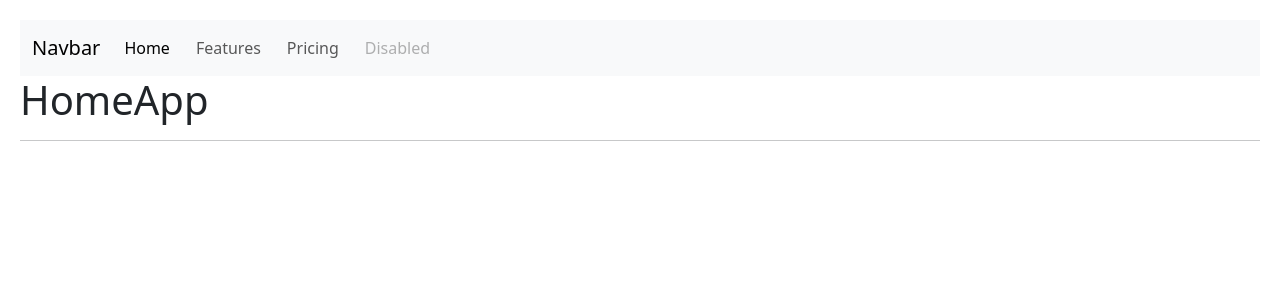
Repository: bryanesteban/hooks-App
Page: /
The author's editor kept a copy of each file at every save. The page is drawn from the files as they stood at one save, then again after the next save.
The browser window is 1280 px wide. The pictures show the whole page.
The project was rebuilt for these pictures with package versions that can differ from the ones it lists, and the page was loaded fresh each time. Also part of the build but not shown: vite.config.js, src/HooksApp.jsx, src/01-useState/CounterApp.jsx, src/hooks/useCounter.jsx, src/01-useState/CounterWithCustomHook.jsx, src/02-useEffect/Message.jsx, src/02-useEffect/SimpleForm.jsx, src/hooks/useForm.js and 20 more.

Above is the page before, as saved 2024-09-15 05:10:31.

### src/main.jsx
import React from 'react'
import ReactDOM from 'react-dom/client'
import { BrowserRouter } from 'react-router-dom'
import './index.css'
import { HooksApp } from './HooksApp'
import { CounterApp } from './01-useState/CounterApp'
import { CounterWithCustomHook } from './01-useState/CounterWithCustomHook'
import { SimpleForm } from './02-useEffect/SimpleForm'
import { FormWithCustomHook } from './02-useEffect/FormWithCustomHook'
import { MultipleCustomHook } from './03-examples/MultipleCustomHook'
import { FocusScreen } from './04-useRef/FocusScreen'
import { Layout } from './05-useLayoutEffect/Layout'
import { Memorize } from './06-memos/Memorize'
import { MemoHook } from './06-memos/MemoHook'
import { CallbackHook } from './06-memos/CallbackHook'
// import { Padre } from './07-tarea-memo/Padre'

// import './08-useReducer/intro-reducer';
import { TodoApp } from './08-useReducer/TodoApp'
import { MainApp } from './09-useConstext/MainApp'

ReactDOM.createRoot(document.getElementById('root')).render(
  // <React.StrictMode>
  //   <FormWithCustomHook />
  // <MultipleCustomHook />
  // <FocusScreen/>
  // <Layout/>
      // <Memorize/>
      // <MemoHook/>
      // <CallbackHook/>
      // <Padre/>
      // <TodoApp/>
      <BrowserRouter>

      <MainApp/>

      </BrowserRouter>

  // </React.StrictMode>
)

### src/index.css
body {
    padding: 20px;
}

button {
    margin-right: 10px;
}


a{
    margin-right: 10px;
}

### src/09-useConstext/MainApp.jsx
import { Link, Navigate, Route, Routes } from "react-router-dom"
import { HomePage } from "./HomePage"
import { AboutPage } from "./AboutPage"
import { LoginPage } from "./LoginPage"
import { Navbar } from "./Navbar"


export const MainApp = () => {
    return (
        <>

            <Navbar/>

            <Routes>
                <Route path="/" element={ <HomePage/> }/>
                <Route path="/login" element={ <LoginPage/> }/>
                <Route path="/about" element={ <AboutPage/> }/>

                {/* <Route path="/*" element={<LoginPage/> }/> */}
                <Route path="/*" element={ <Navigate to="/about"/>} />

            </Routes>
        </>
    )
}

### src/09-useConstext/HomePage.jsx
export const HomePage = () =>
    {
        return (
            <>
            <h1>HomeApp</h1>
            <hr/>
            </>
        )
    }

### src/09-useConstext/Navbar.jsx
import { Link } from "react-router-dom"

export const Navbar = () => {

    return (
        <nav className="navbar navbar-expand-lg bg-body-tertiary">
        <div className="container-fluid">
          <a className="navbar-brand" href="#">Navbar</a>
          <button className="navbar-toggler" type="button" data-bs-toggle="collapse" data-bs-target="#navbarNav" aria-controls="navbarNav" aria-expanded="false" aria-label="Toggle navigation">
            <span className="navbar-toggler-icon"></span>
          </button>
          <div className="collapse navbar-collapse" id="navbarNav">
            <ul className="navbar-nav">
              <li className="nav-item">
                <a className="nav-link active" aria-current="page" href="#">Home</a>
              </li>
              <li className="nav-item">
                <a className="nav-link" href="#">Features</a>
              </li>
              <li className="nav-item">
                <a className="nav-link" href="#">Pricing</a>
              </li>
              <li className="nav-item">
                <a className="nav-link disabled" aria-disabled="true">Disabled</a>
              </li>
            </ul>
          </div>
        </div>
      </nav>
    )
}

Loaded but not shown: index.html (common file)

After the next save:
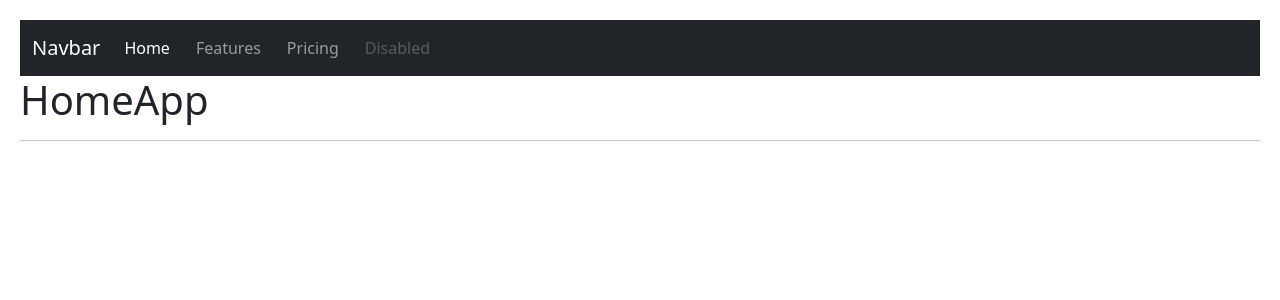
Saved 50 s later.
--- a/src/09-useConstext/Navbar.jsx
+++ b/src/09-useConstext/Navbar.jsx
@@ -3,7 +3,7 @@
 export const Navbar = () => {
 
     return (
-        <nav className="navbar navbar-expand-lg bg-body-tertiary">
+        <nav className="navbar navbar-expand-lg navbar-dark bg-dark">
         <div className="container-fluid">
           <a className="navbar-brand" href="#">Navbar</a>
           <button className="navbar-toggler" type="button" data-bs-toggle="collapse" data-bs-target="#navbarNav" aria-controls="navbarNav" aria-expanded="false" aria-label="Toggle navigation">
